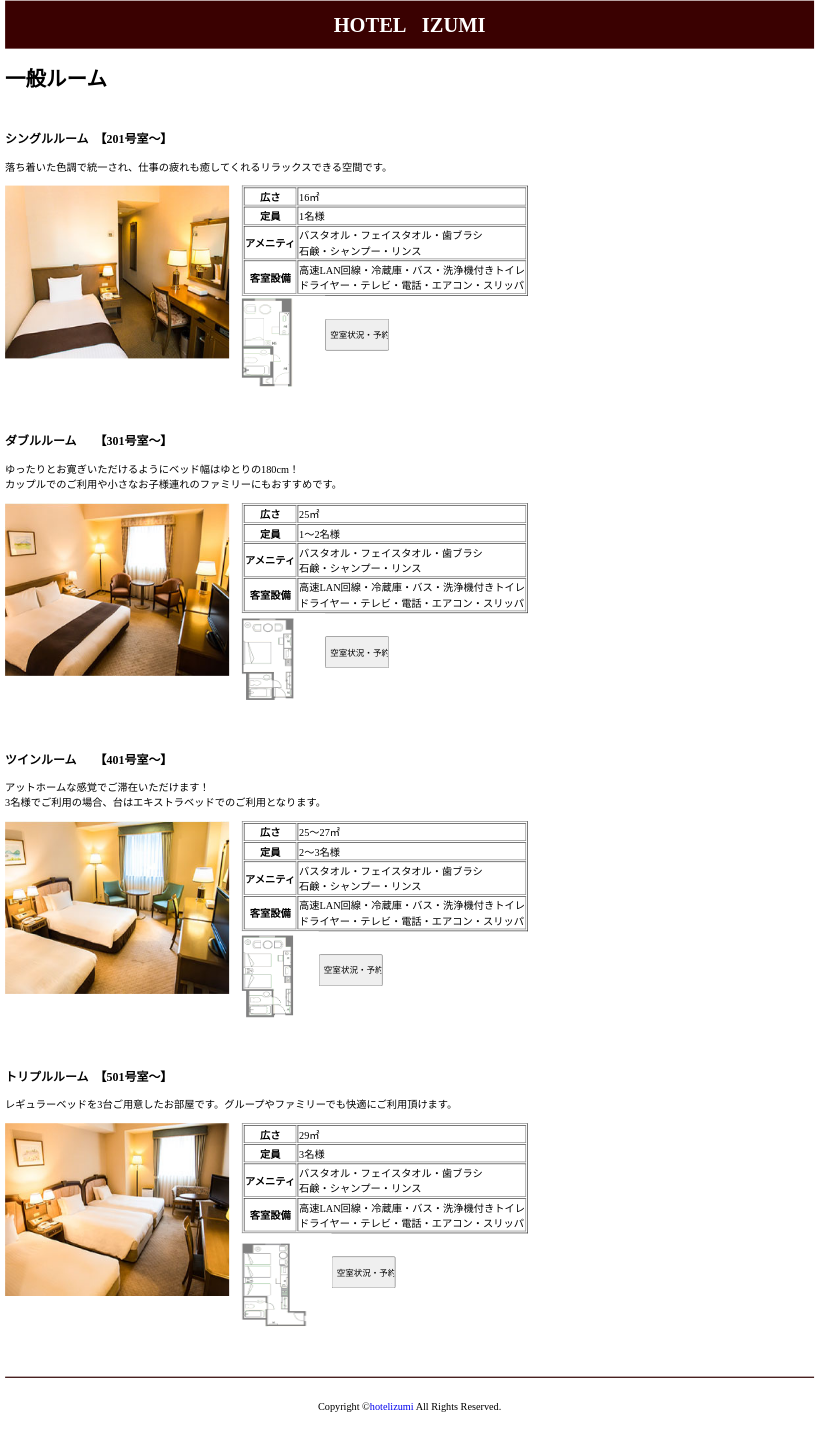
Repository: sep-dev/hotel_site
Page: http://localhost/HOTEL_IZUMI/general
The author's editor kept a copy of each file at every save. The page is drawn from the files as they stood at one save, then again after the next save.
The browser window is 1280 px wide. The pictures show the whole page, at 64% of full size.
The page is served by Tomcat 9. Other server files are loaded and not shown.

Above is the page before, as saved 2016-05-25 04:46:05.

### HOTEL_IZUMI/src/main/webapp/WEB-INF/views/general.jsp
<!DOCTYPE html>
<%@ page language="java" contentType="text/html; charset=UTF-8" pageEncoding="UTF-8"%>
<%@ taglib prefix="form" uri="http://www.springframework.org/tags/form" %>
<!--  http://www.aspen-hotel.co.jp/room/ を参考   -->
<html>
  <head>
    <meta http-equiv="Content-Type" content="text/html; charset=Shift_JIS">
    <title>客室のご案内</title>
    <style type="text/css">
      div.example img {
        margin: 0px 20px 0px 0px;
      }
      <%@include file="../css/style.css" %>
    </style>
  </head>
  <body>
   <form>
    <div id="header">
      <div id="header h1"><h1><a HREF="http://localhost:8080/Izumi/top" STYLE="text-decoration:none"><font color="#FFFFFF">HOTEL&nbsp;&nbsp;&nbsp;IZUMI</font></a></h1></div>
    </div>


      <h1>一般ルーム</h1><br>
      <h3>シングルルーム　【201号室～】</h3>
      落ち着いた色調で統一され、仕事の疲れも癒してくれるリラックスできる空間です。<br><br>
      <div class="example">
        <img src="./resources/picture/ph01.jpg" alt="サンプル図" width="350" height="270"  align="left" >
      </div>
      <table border="1" >
        <tr>
          <th>広さ</th>
          <td>16㎡</td>
        </tr>
        <tr>
          <th>定員</th>
          <td>1名様</td>
        </tr>
        <tr>
          <th rowspan="2">アメニティ</th>
          <td rowspan="2">バスタオル・フェイスタオル・歯ブラシ<br>石鹸・シャンプー・リンス</td>
        </tr>
        <tr>
        </tr>
        <tr>
          <th rowspan="2">客室設備</th>
          <td rowspan="2">高速LAN回線・冷蔵庫・バス・洗浄機付きトイレ<br>ドライヤー・テレビ・電話・エアコン・スリッパ</td>
        </tr>
        <tr>
        </tr>
      </table>

      <img src="./resources/picture/ph01_shw1.png" alt="間取り図" width="130" height="146" align="left" ><br><br>

      <input type="submit" value="空室状況・予約" style="width:100px; height:50px" onClick=location.href=""><br><br><br><br><br><br><br>

      <h3>ダブルルーム　　【301号室～】</h3>
      ゆったりとお寛ぎいただけるようにベッド幅はゆとりの180cm！<br>カップルでのご利用や小さなお子様連れのファミリーにもおすすめです。<br><br>
      <div class="example">
        <img src="./resources/picture/ph04.jpg" alt="サンプル図" width="350" height="270"  align="left" >
      </div>
      <table border="1" >
        <tr>
          <th>広さ</th>
          <td>25㎡</td>
        </tr>
        <tr>
          <th>定員</th>
          <td>1～2名様</td>
        </tr>
        <tr>
          <th rowspan="2">アメニティ</th>
          <td rowspan="2">バスタオル・フェイスタオル・歯ブラシ<br>石鹸・シャンプー・リンス</td>
        </tr>
        <tr>
        </tr>
        <tr>
          <th rowspan="2">客室設備</th>
          <td rowspan="2">高速LAN回線・冷蔵庫・バス・洗浄機付きトイレ<br>ドライヤー・テレビ・電話・エアコン・スリッパ</td>
        </tr>
         <tr>
         </tr>
       </table>

       <img src="./resources/picture/ph04_shw1.png" alt="間取り図" width="130" height="146" align="left" ><br><br>

       <input type="submit" value="空室状況・予約" style="width:100px; height:50px" onClick=location.href="file:///C:/Users/urawakikosuke/Desktop/hotel/calender.html"><br><br><br><br><br><br><br>

       <h3>ツインルーム　　【401号室～】</h3>
       アットホームな感覚でご滞在いただけます！<br>3名様でご利用の場合、台はエキストラベッドでのご利用となります。<br><br>

       <div class="example">
         <img src="./resources/picture/ph06.jpg" alt="サンプル図" width="350" height="270"  align="left" >
       </div>
       <table border="1" >
         <tr>
           <th>広さ</th>
           <td>25～27㎡</td>
         </tr>
         <tr>
           <th>定員</th>
           <td>2～3名様</td>
         </tr>
         <tr>
            <th rowspan="2">アメニティ</th>
            <td rowspan="2">バスタオル・フェイスタオル・歯ブラシ<br>石鹸・シャンプー・リンス</td>
          </tr>
          <tr>
          </tr>
          <tr>
            <th rowspan="2">客室設備</th>
            <td rowspan="2">高速LAN回線・冷蔵庫・バス・洗浄機付きトイレ<br>ドライヤー・テレビ・電話・エアコン・スリッパ</td>
           </tr>
           <tr>
         </tr>
       </table>

        <img src="./resources/picture/ph06_shw1.png" alt="間取り図" width="120" height="146" align="left" >
        <br><br>

        <input type="submit" value="空室状況・予約" style="width:100px; height:50px" onClick=location.href="file:///C:/Users/urawakikosuke/Desktop/hotel/calender.html"><br><br><br><br><br><br><br>

        <h3>トリプルルーム　【501号室～】</h3>
        レギュラーベッドを3台ご用意したお部屋です。グループやファミリーでも快適にご利用頂けます。<br><br>
        <div class="example">
          <img src="./resources/picture/ph07.jpg" alt="サンプル図" width="350" height="270"  align="left" >
        </div>
        <table border="1" >
          <tr>
            <th>広さ</th>
            <td>29㎡</td>
          </tr>
          <tr>
            <th>定員</th>
            <td>3名様</td>
          </tr>
          <tr>
            <th rowspan="2">アメニティ</th>
            <td rowspan="2">バスタオル・フェイスタオル・歯ブラシ<br>石鹸・シャンプー・リンス</td>
          </tr>
          <tr>
          </tr>
          <tr>
            <th rowspan="2">客室設備</th>
            <td rowspan="2">高速LAN回線・冷蔵庫・バス・洗浄機付きトイレ<br>ドライヤー・テレビ・電話・エアコン・スリッパ</td>
          </tr>
          <tr>
          </tr>
        </table>

        <img src="./resources/picture/ph07_shw1.png" alt="間取り図" width="140" height="146" align="left" ><br><br>

        <input type="submit" value="空室状況・予約" style="width:100px; height:50px" onClick=location.href="file:///C:/Users/urawakikosuke/Desktop/hotel/calender.html"><br><br><br><br><br><br><br>


        <div id="footer">
          <p id="copyright">Copyright &copy;<a href="http://hotelizumi.com">hotelizumi</a> All Rights Reserved.</p>
        </div>
    </form>
  </body>
</html>

### HOTEL_IZUMI/src/main/webapp/WEB-INF/views/common/header.jsp
<%@ taglib uri="http://java.sun.com/jsp/jstl/core" prefix="c" %>
<%@ taglib prefix="form" uri="http://www.springframework.org/tags/form"%>
<%@page language="java" contentType="text/html; charset=UTF-8" pageEncoding="UTF-8"%>
<%@ page contentType="text/html; charset=UTF-8"%>

### HOTEL_IZUMI/src/main/webapp/WEB-INF/css/style.css
html{
    margin: 0;
    margin-top:-20px;
    padding: 0;
    width:100%;
    height:100%;
}
.top{
	display:block;
	margin-left:auto;
	margin-right:auto;
}

#contents {
    top : 0px;
    padding : 10px;
    margin : 10px;
    text-align : center;
}

#contents img{
    padding-bottom:10px;
}

#contents button {
    font-size: 1.4em;
    font-weight: bold;
    padding: 10px 30px;
    background-color: #200;
    color: #ffffff;
    border-style: none;
}

#table{
    border:0;
    background-color:#CCCCCC;
    font-size:24px;
    color:#666666;
    width:200px;
}

#table3{
    border:0;
    background-color:#CCCCCC;
    font-size:24px;
    color:#666666;
    width:200px;
}

/*--------calender----------*/
#Sunday{
    text-align:center;
    width:200;
    height:40;
    background-color:#C7D8ED;
    color:#FF3300;
    padding:15px;
}
#MonFri{
    text-align:center;
    width:200;
    background-color:#C7D8ED;
    color:#666666;
    padding:15px;
}
#Saturday{
    text-align:center;
    width:200;
    background-color:#C7D8ED;
    color:#666666;
    padding:15px;
}
#Saturday2{
    text-align:center;
    width:200;
    background-color:#A6C0E1;
    color:#666666;
}
#Sunday2{
    text-align:center;
    height:40;
    background-color:#FFCC99;
    color:#666666;
}
#Weekday{
    text-align:center;
    background-color:#FFFFFF;
    color:#666666;
    width:200;
}
#publicholiday{
    text-align:center;
    background-color:#FF3300;
    color:#FFFFFF;
}
#table2 tr td{
    border:0;
    font-size:24px;
    color:#666666;
    width:400px;
}
#float{
    float:left;
}
/* --------------------------------------*/

#header {
    top: 0px;
    left: 0px;
    height: 75px;
    margin-right: auto;
    margin-left: auto;
    text-align : center;
    background-color : #3A0101;

}
#header h1{
    padding-top: 20px;
    font-family: 'Times New Roman', Times, serif;
 	color:#ffffff;
}


#top{
    font-size: 200%;
}

#oneset{
	padding-top: 10px;
	padding-bottom: 10px;

	border-width: thick;
	border-color: #999AAA;
	border-style: ridge;
}
#name
{
    text-align: center;
	font-size: 150%;
    font-family: 'Segoe UI', Tahoma, Geneva, Verdana, sans-serif;
    font-weight: bold;
    background-color: #999AAA;
    font-family: 'Times New Roman', Times, serif;

}
#message{
	color: #000000;
    padding-left: 300px;
	font-size: 150%;

	text-align: left; margin-left: 100px; margin-right: 0px; width: 1000px;
}


/*---------入力フォーム----------*/

#reservation{

    padding-top: 20px;
    margin-bottom:50px;
    font-family: 'Times New Roman', Times, serif;
 	color:#000000;
}

#form{
    margin-top:30px

}


button.button2 {
    float:right;
    font-size: 1.4em;
    font-weight: bold;
    padding: 30px 20px;
    background-color: #3A0101;
    color: #ffffff;
    border-style: none;
    font-family: 'Times New Roman', Times, serif;
    box-shadow:4px 4px #555;
}

/*
footer ------------------------------------------------------*/

#footer {
    margin-top:30px;
    border-top:2px solid #3A1010;
    padding-top:20px;
    padding-bottom:20px;
}

#footer p{
    text-align:center;
}
#footer p a{
    text-decoration: none;
}
#footborder hr{
    border-color:#3A1010;
    border-width:1px;
}

After the next save:
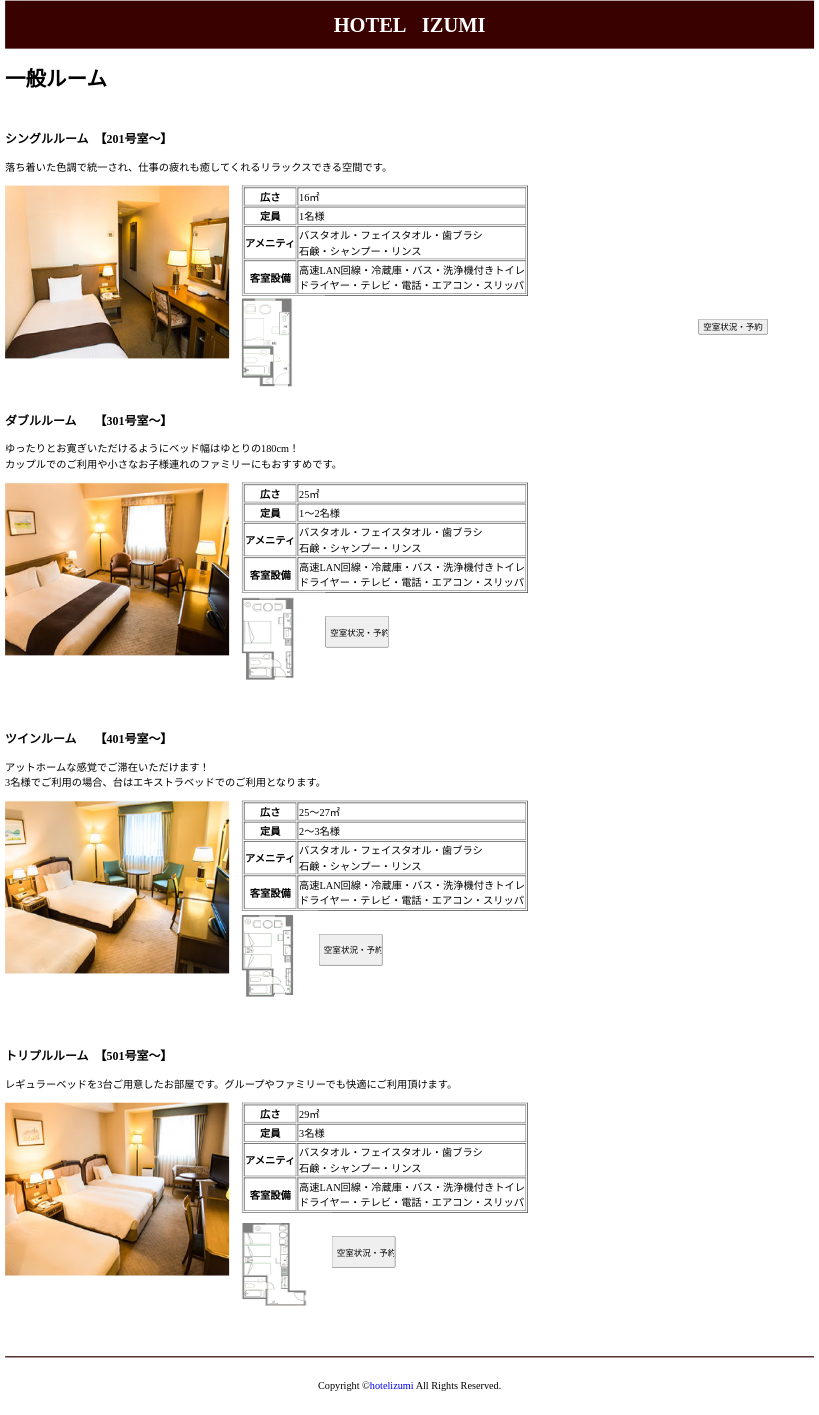
Saved 108 s later.
--- a/HOTEL_IZUMI/src/main/webapp/WEB-INF/views/general.jsp
+++ b/HOTEL_IZUMI/src/main/webapp/WEB-INF/views/general.jsp
@@ -51,7 +51,7 @@
 
       <img src="./resources/picture/ph01_shw1.png" alt="間取り図" width="130" height="146" align="left" ><br><br>
 
-      <input type="submit" value="空室状況・予約" style="width:100px; height:50px" onClick=location.href=""><br><br><br><br><br><br><br>
+      <input type="submit" value="空室状況・予約" style="position: absolute; right: 80px;"><br><br><br><br><br><br><br>
 
       <h3>ダブルルーム　　【301号室～】</h3>
       ゆったりとお寛ぎいただけるようにベッド幅はゆとりの180cm！<br>カップルでのご利用や小さなお子様連れのファミリーにもおすすめです。<br><br>
